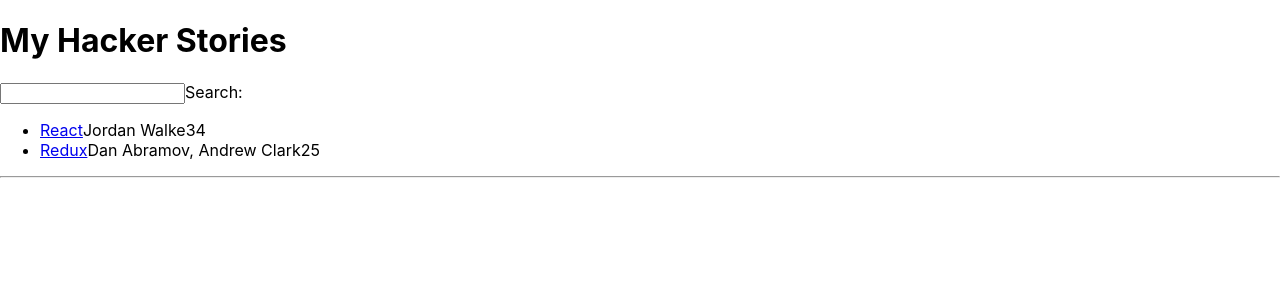
Repository: m-ahmadshaikh/FullStackProjects
Page: / (app in 03-react/hacker-stories/)
These files come from the project's save history. The page is drawn as it stood at one moment and after the next save; the edit follows.
The browser window is 1280 px wide. The pictures show the whole page.
The project was rebuilt for these pictures with package versions that can differ from the ones it lists, and the page was loaded fresh each time. Also part of the build but not shown: 03-react/hacker-stories/src/App.css.

Above is the page before, as saved 2022-08-24 09:46:42.

After the next save:
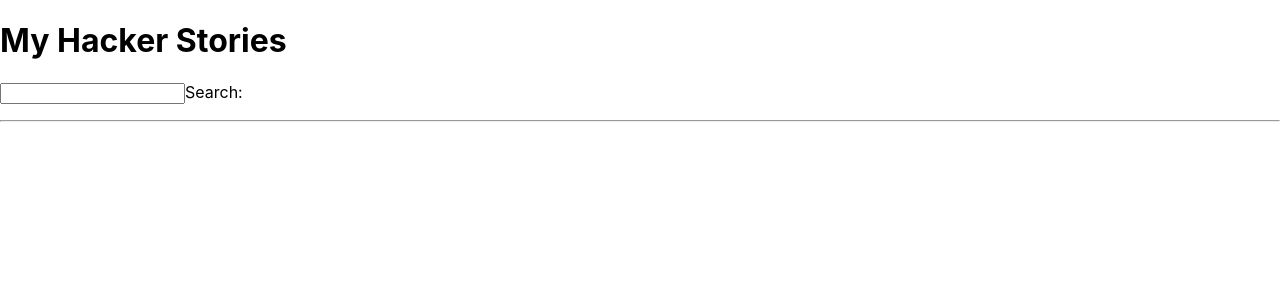
Saved 74 s later.
--- a/03-react/hacker-stories/src/App.jsx
+++ b/03-react/hacker-stories/src/App.jsx
@@ -22,14 +22,7 @@
   },
 ];
 const newN = list.map((item) => (
-  <li key={item.objectID}>
-    <span>
-      <a href={item.url}>{item.title}</a>
-    </span>
-    <span>{item.author}</span>
-    <span>{item.num_comments}</span>
-    <span>{item.points}</span>
-  </li>
+  null
 ));
 function App() {
   return (

After the 2 saves that followed:
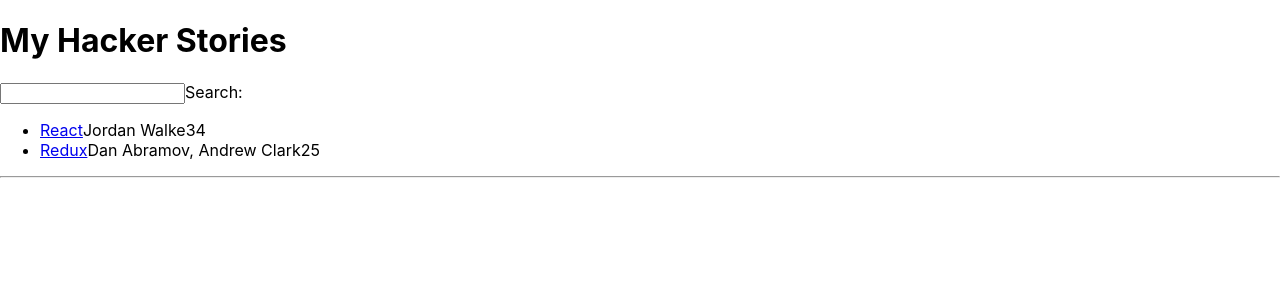
The 2 saves are shown as one change because 1 left the picture as it was.
The last was saved 26 s later.
--- a/03-react/hacker-stories/src/App.jsx
+++ b/03-react/hacker-stories/src/App.jsx
@@ -22,7 +22,14 @@
   },
 ];
 const newN = list.map((item) => (
-  null
+  <li key={item.objectID}>
+    <span>
+      <a href={item.url}>{item.title}</a>
+    </span>
+    <span>{item.author}</span>
+    <span>{item.num_comments}</span>
+    <span>{item.points}</span>
+  </li>
 ));
 function App() {
   return (
